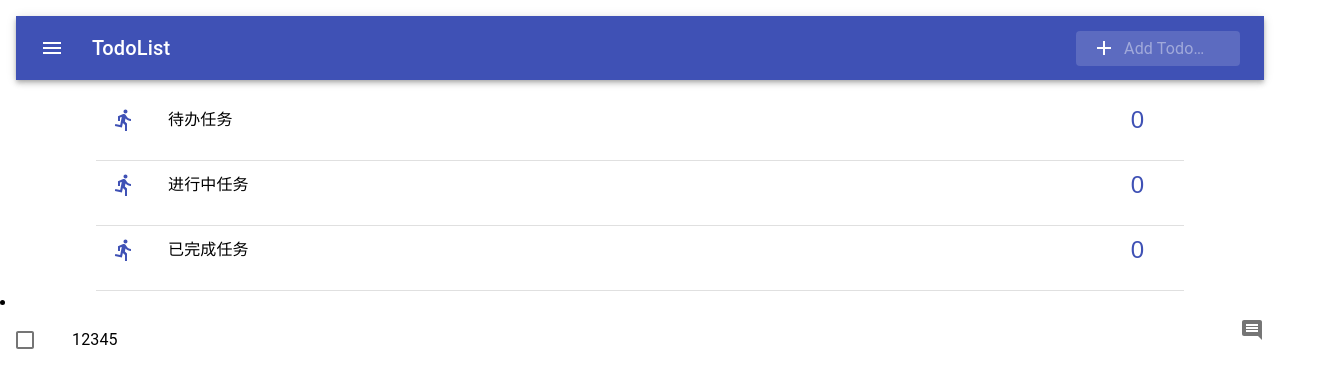
Repository: harperl71/TodoList
Page: /
These files come from the project's save history. The page is drawn as it stood at one moment and after the next save; the edit follows.
The browser window is 1280 px wide. The page is 1280 px wide, then 1328 px, so the pictures cover 1328 px, including what lies to the right of the window. The pictures show the whole page.
The project was rebuilt for these pictures with package versions that can differ from the ones it lists, and the page was loaded fresh each time.

Above is the page before, as saved 2021-05-21 09:50:47.

### src/App.tsx
import React from "react";
import Header from "./components/header";
import Content from "./components/content";
import Footer from "./components/footer";
import Myprovider from "./context";
import TaskItem from "./components/content/task-item";

function App() {
  return (
    <div className="APP">
      <Myprovider>
        <Header />
        <Content />
        <Footer />
        <TaskItem />
      </Myprovider>
    </div>
  );
}

export default App;

### src/components/header/index.tsx
import React, { useContext } from "react";
import { MyContext } from "../../context";
import AppBar from "@material-ui/core/AppBar";
import Toolbar from "@material-ui/core/Toolbar";
import IconButton from "@material-ui/core/IconButton";
import Typography from "@material-ui/core/Typography";
import InputBase from "@material-ui/core/InputBase";
import { makeStyles, fade } from "@material-ui/core/styles";
import MenuIcon from "@material-ui/icons/Menu";
import AddIcon from "@material-ui/icons/Add";

const useStyles = makeStyles((theme) => ({
  header: {
    margin: theme.spacing(2),
    justifyContent: "space-between",
  },
  listButton: {
    marginRight: theme.spacing(2),
  },
  title: {
    flexGrow: 1,
    display: "none",
    [theme.breakpoints.up("sm")]: {
      display: "block",
    },
  },
  search: {
    position: "relative",
    borderRadius: theme.shape.borderRadius,
    backgroundColor: fade(theme.palette.common.white, 0.15),
    "&:hover": {
      backgroundColor: fade(theme.palette.common.white, 0.25),
    },
    marginLeft: 0,
    width: "100%",
    [theme.breakpoints.up("sm")]: {
      marginLeft: theme.spacing(1),
      width: "auto",
    },
  },
  addIcon: {
    padding: theme.spacing(0, 2),
    height: "100%",
    position: "absolute",
    pointerEvents: "none",
    display: "flex",
    alignItems: "center",
    justifyContent: "center",
  },
  inputRoot: {
    color: "inherit",
  },
  inputInput: {
    padding: theme.spacing(1, 1, 1, 0),
    // vertical padding + font size from searchIcon
    paddingLeft: `calc(1em + ${theme.spacing(4)}px)`,
    transition: theme.transitions.create("width"),
    width: "100%",
    [theme.breakpoints.up("sm")]: {
      width: "12ch",
      "&:focus": {
        width: "20ch",
      },
    },
  },
}));

export default function SearchAppBar() {
  const classes = useStyles();
  const { Add } = useContext(MyContext);

  const enterPress = (evt: React.SyntheticEvent) => {
    if (
      (evt as KeyboardEventInit).code === "Enter" &&
      (evt.target as HTMLInputElement).value !== ""
    ) {
      Add((evt.target as HTMLInputElement).value);
      (evt.target as HTMLInputElement).value = "";
    }
  };

  return (
    <div className={classes.header}>
      <AppBar position="static">
        <Toolbar>
          <IconButton
            edge="start"
            className={classes.listButton}
            color="inherit"
            aria-label="open drawer"
          >
            <MenuIcon />
          </IconButton>
          <Typography className={classes.title} variant="h6" noWrap>
            TodoList
          </Typography>
          <div className={classes.search}>
            <div className={classes.addIcon}>
              <AddIcon />
            </div>
            <InputBase
              placeholder="Add Todo…"
              required
              classes={{
                root: classes.inputRoot,
                input: classes.inputInput,
              }}
              onKeyPress={enterPress}
            />
          </div>
        </Toolbar>
      </AppBar>
    </div>
  );
}

### src/components/content/index.tsx
import React, { Fragment } from "react";
import TaskList from "./task-list";
import { makeStyles } from "@material-ui/core";

const useStyles = makeStyles((theme) => ({
  content: {
    margin: theme.spacing(0, 6),
    justifyContent: "center",
  },
}));

const Content = () => {
  const classes = useStyles();
  return (
    <div className={classes.content}>
      <Fragment>
        <TaskList title="待办任务" status="todo" />
        <TaskList title="进行中任务" status="doing" />
        <TaskList title="已完成任务" status="done" />
      </Fragment>
    </div>
  );
};

export default Content;

### src/components/footer/index.tsx
import React from "react";

const Footer = () => {
  return <div className="footer"></div>;
};

export default Footer;

### src/context/index.tsx
import React, { createContext, useState } from "react";

export interface TodoProps {
  id: number;
  text: string;
  status: string;
}

export interface ContextProps {
  todoList: TodoProps[];
  Add: (item: string) => void;
  Delete: (id: number) => void;
  Remove: (index: number, status: string) => void;
  Clear: () => void;
}

export const MyContext = createContext({} as ContextProps);

const Myprovider = (props: React.PropsWithChildren<{}>) => {
  const [todoList, setList] = useState<TodoProps[]>([]);

  const Add = (item: string) => {
    const listItem = {
      id: new Date().getTime(),
      text: item,
      status: "todo",
    };
    setList([...todoList, listItem]);
  };
  //console.log(...todoList);

  const Delete = (id: number) => {
    setList(todoList.filter((item) => item.id !== id));
  };

  const Remove = (index: number, status: string) => {
    if (status === "todo") {
      const listItem = Object.assign({}, todoList[index], {
        status: "doing",
      });
      const list = todoList.splice(index, 1);
      setList([...list, listItem]);
    }
    if (status === "doing") {
      const listItem = Object.assign({}, todoList[index], {
        status: "done",
      });
      const list = todoList.splice(index, 1);
      setList([...list, listItem]);
    }
  };

  const Clear = () => setList([]);

  return (
    <MyContext.Provider value={{ todoList, Add, Delete, Remove, Clear }}>
      {props.children}
    </MyContext.Provider>
  );
};

export default Myprovider;

### src/components/content/task-item/index.tsx
import React, { useContext } from "react";
import { MyContext } from "../../../context";
import {
  makeStyles,
  ListItem,
  ListItemIcon,
  ListItemSecondaryAction,
  ListItemText,
  Checkbox,
  IconButton,
} from "@material-ui/core";
import CommentIcon from "@material-ui/icons/Comment";

const useStyles = makeStyles((theme) => ({
  itemRoot: {
    width: "100%",
    maxWidth: 360,
    backgroundColor: theme.palette.background.paper,
  },
}));

const TaskItem = () => {
  const classes = useStyles();

  const context = useContext(MyContext);

  return (
    <ListItem className={classes.itemRoot}>
      <ListItemIcon>
        <Checkbox
          edge="start"
          //checked={}
          tabIndex={-1}
          disableRipple
        />
      </ListItemIcon>
      <ListItemText primary={12345} />
      <ListItemSecondaryAction>
        <IconButton edge="end" aria-label="comments">
          <CommentIcon />
        </IconButton>
      </ListItemSecondaryAction>
    </ListItem>
  );
};

export default TaskItem;

### src/components/content/task-list/index.tsx
import React, { useContext } from "react";
import TaskItem from "../task-item";
import { MyContext } from "../../../context";
import {
  makeStyles,
  List,
  ListItem,
  ListItemIcon,
  ListItemText,
  Divider,
  IconButton,
} from "@material-ui/core";
import DirectionsRunIcon from "@material-ui/icons/DirectionsRun";

const useStyles = makeStyles((theme) => ({
  list: {
    margin: theme.spacing(0, 6),
    justifyContent: "space-between",
    padding: 0,
  },
  listTitle: {
    justifyContent: "center",
  },
  listnum: {
    marginRight: theme.spacing(3),
    padding: 0,
    color: "secondary",
  },
}));

interface Iprops {
  title: string;
  status: string;
}

const TaskList = ({ title, status }: Iprops) => {
  const classes = useStyles();

  const { todoList } = useContext(MyContext);
  //console.log(todoList);

  return (
    <List
      className={classes.list}
      component="nav"
      aria-label="main mailbox folders"
    >
      <ListItem className="ListHeader" button>
        <ListItemIcon>
          <DirectionsRunIcon color="primary" />
        </ListItemIcon>
        <ListItemText primary={title} />
        <IconButton
          className={classes.listnum}
          color="primary"
          aria-label="list-num"
        >
          {
            todoList.filter((item) => {
              return item.status === status;
            }).length
          }
        </IconButton>
      </ListItem>
      <List className={title}>
        {todoList
          .filter((item) => {
            return item.status === status;
          })
          .map((item) => {
            return <TaskItem />;
          })}
      </List>
      <Divider />
    </List>
  );
};

export default TaskList;

Loaded but not shown: public/index.html (common file); src/index.tsx (common file); src/index.css (common file); src/reportWebVitals.ts (common file)

After the next save:
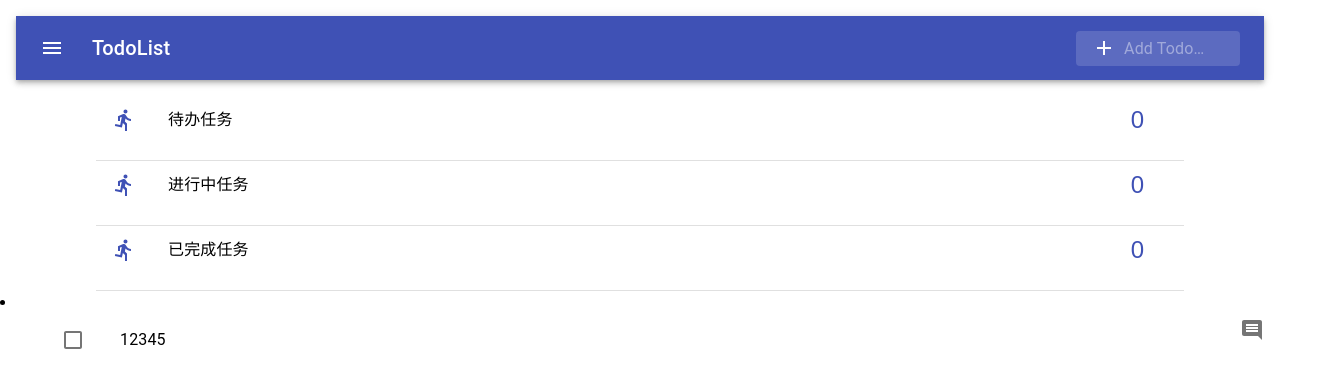
Saved 91 s later.
--- a/src/components/content/task-item/index.tsx
+++ b/src/components/content/task-item/index.tsx
@@ -13,8 +13,8 @@ import CommentIcon from "@material-ui/icons/Comment";
 
 const useStyles = makeStyles((theme) => ({
   itemRoot: {
-    width: "100%",
-    maxWidth: 360,
+    margin: theme.spacing(0, 6),
+    justifyContent: "space-between",
     backgroundColor: theme.palette.background.paper,
   },
 }));
